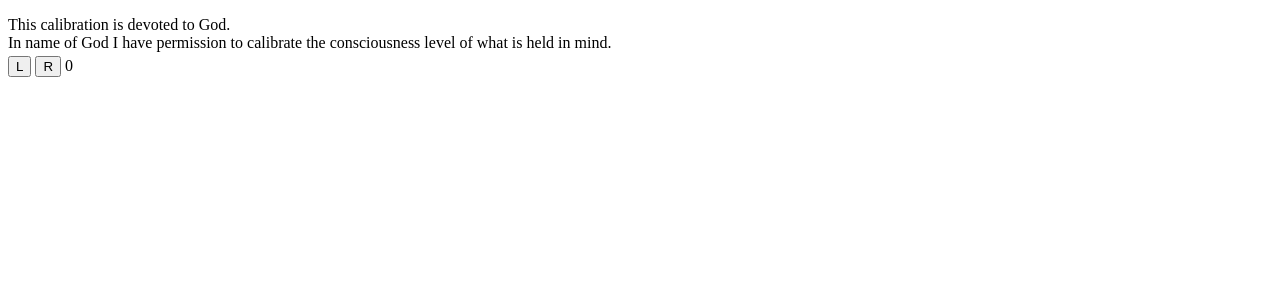
Repository: SanjoSolutions/projects
Page: binary-search/binary_number_encoding_to_decimal_number_encoding_.html
An editor plug-in stored every save of this project. The page is shown before and after the next save, followed by the edit.
The browser window is 1280 px wide. The pictures show the whole page.

Above is the page before, as saved 2020-09-02 14:26:47.

After the next save:
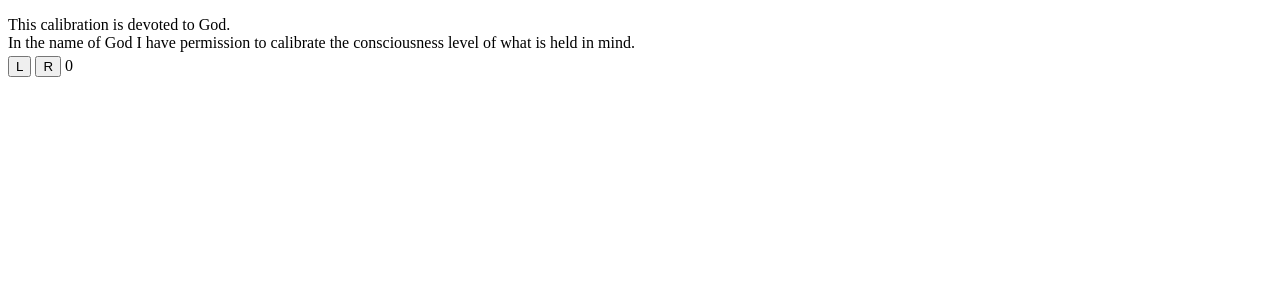
Saved 17 s later.
--- a/binary-search/binary_number_encoding_to_decimal_number_encoding_.html
+++ b/binary-search/binary_number_encoding_to_decimal_number_encoding_.html
@@ -9,7 +9,7 @@
 <body>
   <p style="margin-bottom: 0.25rem;">
     This calibration is devoted to God.<br>
-    In name of God I have permission to calibrate the consciousness level of what is held in mind.
+    In the name of God I have permission to calibrate the consciousness level of what is held in mind.
   </p>
   <button id="l">L</button>
   <button id="r">R</button>
